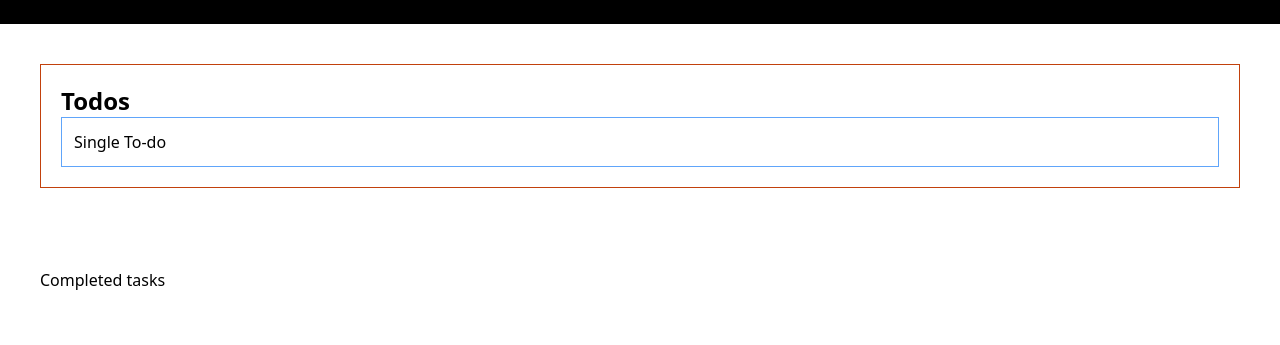
Repository: thekingisherenow/personalTodo
Page: /
An editor plug-in stored every save of this project. The page is shown before and after a run of saves, followed by the edit.
The browser window is 1280 px wide. The pictures show the whole page.
The project was rebuilt for these pictures with package versions that can differ from the ones it lists, and the page was loaded fresh each time. The framework's server and built-in components were replaced by stand-ins that run in the browser. Also part of the build but not shown: next.config.js, styles/Home.module.css.

Above is the page before, as saved 2022-12-15 14:57:16.

After the next 2 saves:
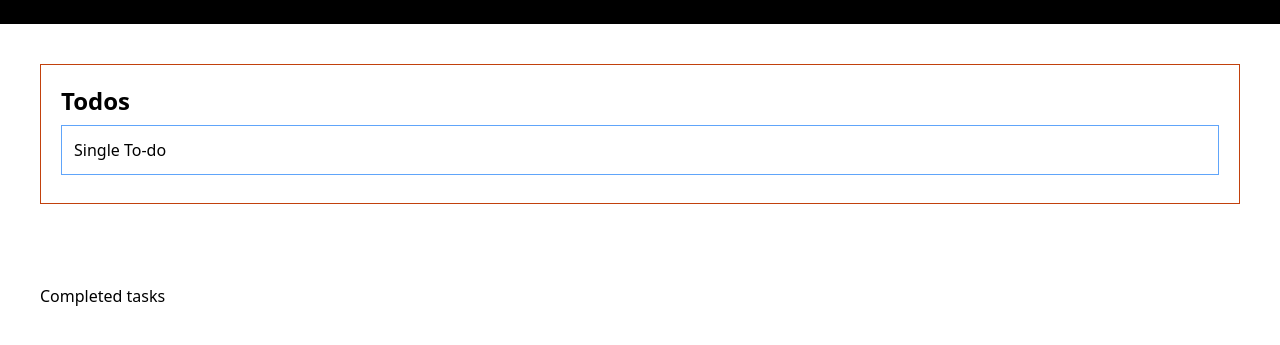
The 2 saves are shown as one change because they came seconds apart.
The last was saved 12 s later.
--- a/components/Todo.js
+++ b/components/Todo.js
@@ -2,7 +2,7 @@ import React from 'react'
 
 function Todo() {
   return (
-    <div className='border border-blue-400 p-3'>
+    <div className='border border-blue-400 p-3 my-2'>
       Single To-do
     </div>
   )
